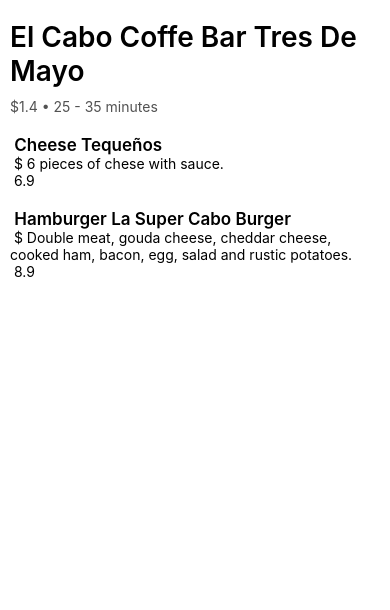
Repository: leroy-netizen/rn-uber-eats-client
Screen: /
An editor plug-in stored every save of this project. The screen is shown before and after a run of saves, followed by the edit.
The pictures show rows 234 to 844 of an output 844 px tall.
The app was drawn by React Native's web renderer in a window 390 px wide. The project was rebuilt for these pictures with package versions that can differ from the ones it lists, and the page was loaded fresh each time. Also part of the build but not shown: src/components/restaurantItem/RestaurantItem.jsx, src/screens/HomeScreen/index.js.

Above is the screen before, as saved 2023-01-16 16:32:47.

### App.js
import { StatusBar } from "expo-status-bar";
import { StyleSheet, Text, View, FlatList } from "react-native";
import HomeScreen from "./src/screens/HomeScreen/index.js";
import RestaurantDetails from "./src/screens/ResturantDetailsScreen/index.js";
export default function App() {
  return (
    <View style={styles.container}>
      {/* <HomeScreen /> */}
      <RestaurantDetails />
      <StatusBar style="light" />
    </View>
  );
}

const styles = StyleSheet.create({
  container: {
    flex: 1,
    backgroundColor: "#fff",
    alignItems: "center",
    justifyContent: "center",
    // padding: 10,
    // paddingVertical: 30,
  },
});

### src/screens/ResturantDetailsScreen/index.js
import { View, Text, Image, StyleSheet, FlatList } from "react-native";
import { Ionicons } from "@expo/vector-icons";
import restaurants from "../../../assets/data/restaurants.json";
import DishListItem from "../../components/DishListItem";
const restaurant = restaurants[0];
const RestaurantDetails = () => {
  return (
    <View style={styles.page}>
      <Image
        source={{ uri: restaurant.image }}
        style={styles.image}
        resizeMode="cover"
      />
      <View style={styles.iconContainer}>
        <Ionicons name="arrow-back-circle" size={35} color="white" />
      </View>
      <View style={styles.container}>
        <Text style={styles.title}>{restaurant.name}</Text>
        <Text style={styles.subtitle}>
          ${restaurant.deliveryFee} &#8226; {restaurant.minDeliveryTime} -{" "}
          {restaurant.maxDeliveryTime} minutes
        </Text>
          </View>
          <DishListItem dish={ restaurant.dishes[0]} />
          <DishListItem dish={ restaurant.dishes[1]} />
    </View>
  );
};

const styles = StyleSheet.create({
  page: {
    flex: 1,
  },
  image: {
    width: "100%",
    aspectRatio: 5 / 3,
  },
  iconContainer: {
    position: "absolute",
    top: 35,
    left: 15,
  },
  container: {
    margin: 10,
  },
  title: {
    fontWeight: "600",
    fontSize: 28,
    marginVertical: 10,
  },
  subtitle: {
    color: "#525252",
  },
});

export default RestaurantDetails;

### assets/data/restaurants.json
[
  {
    "id": "1",
    "name": "El Cabo Coffe Bar Tres De Mayo",
    "deliveryFee": 1.4,
    "minDeliveryTime": 25,
    "maxDeliveryTime": 35,
    "rating": 4.0,
    "image": "https://notjustdev-dummy.s3.us-east-2.amazonaws.com/uber-eats/restaurant1.jpeg",
    "dishes": [
      {
        "name": "Cheese Tequeños",
        "description": "6 pieces of chese with sauce.",
        "price": 6.9,
        "image": "https://notjustdev-dummy.s3.us-east-2.amazonaws.com/uber-eats/restaurant2.jpeg"
      },
      {
        "name": "Hamburger La Super Cabo Burger",
        "description": "Double meat, gouda cheese, cheddar cheese, cooked ham, bacon, egg, salad and rustic potatoes.",
        "price": 8.9,
        "image": "https://notjustdev-dummy.s3.us-east-2.amazonaws.com/uber-eats/restaurant3.jpeg"
      },
      {
        "name": "U.S.A. Burger",
        "description": "Beef, gouda cheese, cheddar cheese, cooked ham, bacon, egg and salad.",
        "price": 5.4
      },
      {
        "name": "Slices of Llanero Cheese",
        "description": "Ripe plantain with cheese and palm honey.",
        "price": 5.9
      },
      {
        "name": "Papas Locas El Cabo",
        "description": "French fries with shredded chicken, gouda cheese and ham.",
        "price": 7.9
      }
    ]
  },
  {
    "id": "2",
    "name": "Tony Roma's - C.C. Meridiano",
    "deliveryFee": 0.4,
    "minDeliveryTime": 25,
    "maxDeliveryTime": 35,
    "rating": 4.7,
    "image": "https://notjustdev-dummy.s3.us-east-2.amazonaws.com/uber-eats/restaurant2.jpeg",
    "dishes": [
      {
        "name": "Cajun Ribs",
        "description": "For lovers of a spicy touch. Ribs bathed in our Original sauce accompanied by Cajun spices. Served with French fries and coleslaw.",
        "price": 18.95
      },
      {
        "name": "The Original Baby Backs",
        "description": "The house specialty. Pork ribs cooked on the barbecue and marinated with our original barbecue sauce. Served with French fries and coleslaw.",
        "price": 19.95
      },
      {
        "name": "Carolina Honey",
        "description": "Our famous ribs marinated with our Carolina honey sauce, a mixture of honey with our original sauce. Ideal for those looking for a sweet touch. Served with French fries and coleslaw.",
        "price": 18.95,
        "image": "https://notjustdev-dummy.s3.us-east-2.amazonaws.com/uber-eats/restaurant2.jpeg"
      },
      {
        "name": "Onion Rings",
        "description": "Los tradicionales aros de cebolla de tony roma's dorados, crujientes y ligeros. Únicos en el mundo, acompañados de salsa BBQ.",
        "price": 6.95
      },
      {
        "name": "Nachos Tony Roma's",
        "description": "The best selling nachos! with our blend of melted cheeses, accompanied by guacamole, crispy bacon, ranch beans, and sour cream.",
        "price": 10.95
      }
    ]
  },
  {
    "id": "3",
    "name": "Brothers Barbecue",
    "deliveryFee": 1.4,
    "minDeliveryTime": 20,
    "maxDeliveryTime": 30,
    "rating": 4.3,
    "image": "https://notjustdev-dummy.s3.us-east-2.amazonaws.com/uber-eats/restaurant3.jpeg",
    "dishes": [
      {
        "name": "Burger Mustang",
        "description": "Homemade bread, burger sauce, lettuce, sweet and sour pickle, bacon, cheddar and BBQ sauce. Beef 180 grams.",
        "price": 5.9
      },
      {
        "name": "Alabama bread",
        "description": "Artisan bread, butter sauce, garlic, BBQ chicken and cheddar.",
        "price": 3.0
      },
      {
        "name": "New York Burger",
        "description": "Homemade bread, lettuce, burger sauce, 180 grams of beef, goat cheese and roasted apple.",
        "price": 5.9
      },
      {
        "name": "Mac & Cheese Burger",
        "description": "Homemade bread, lettuce, burger sauce, 180 grams of beef, mac and cheese, and American-style bacon.",
        "price": 5.9
      },
      {
        "name": "Nachos Brothers",
        "description": "Nachos, guacamole, cheddar sauce, beans, bacon, and cream cheese.",
        "price": 5.2
      }
    ]
  },
  {
    "id": "4",
    "name": "Hamburguesa Nostra La Salle",
    "deliveryFee": 0.9,
    "minDeliveryTime": 30,
    "maxDeliveryTime": 40,
    "rating": 4.5,
    "image": "https://notjustdev-dummy.s3.us-east-2.amazonaws.com/uber-eats/restaurant4.jpeg",
    "dishes": [
      {
        "name": "English burger",
        "description": "Beef with bacon, portobello mushrooms, tomato, cheddar cheese, grilled egg and our smoked sauce.",
        "price": 14.9
      },
      {
        "name": "Mexican Burger",
        "description": "Beef, with pico de gallo, veggie chili, cheddar cheese, guacamole and smoked sauce.",
        "price": 14.9
      },
      {
        "name": "Tequeños",
        "description": "Crispy sticks filled with melted cheese accompanied by tomato chutney.",
        "price": 9.9
      },
      {
        "name": "Starters Combo",
        "description": "Tequeños, crispy onion and chicken delicacies.",
        "price": 13.9
      },
      {
        "name": "Cesar Salad",
        "description": "Green sprouts, pieces of grilled bacon, chicken delicacies, grated Parmesan, muffin croutons and fried onion confetti dressed with Caesar sauce.",
        "price": 10.5
      }
    ]
  }
]

### src/components/DishListItem/index.js
import { View, Image, Text, FlatList, StyleSheet } from "react-native";

const DishListItem = ({dish}) => {
  return (
    <View style={styles.container}>
          <Text style={styles.name}> { dish.name}</Text>
          <Text stle={styles.description}> $ { dish.description}</Text>
          <Text style={styles.price}> { dish.price}</Text>
    </View>
  );
};

const styles = StyleSheet.create({
  container: {
    margin: 10,
  },
  name: {
    fontSize: 17,
    fontWeight: "600",
  },
  description: {
      color: "grey",
      fontSize: 30
  },
  price: {},
});
export default DishListItem;

After the next 3 saves:
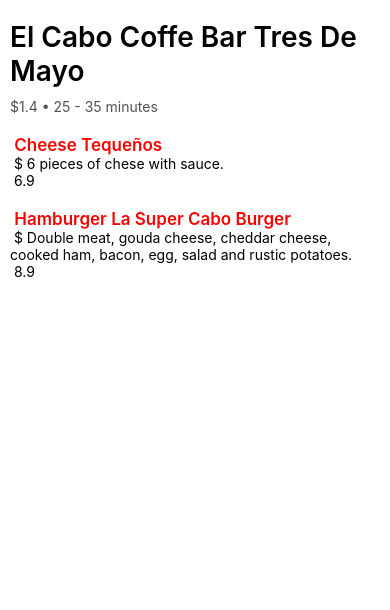
The 3 saves are shown as one change because they came seconds apart.
The last was saved 41 s later.
--- a/src/components/DishListItem/index.js
+++ b/src/components/DishListItem/index.js
@@ -15,7 +15,8 @@
     margin: 10,
   },
   name: {
-    fontSize: 17,
+      fontSize: 17,
+      color: "red",
     fontWeight: "600",
   },
   description: {

After the 2 saves that followed:
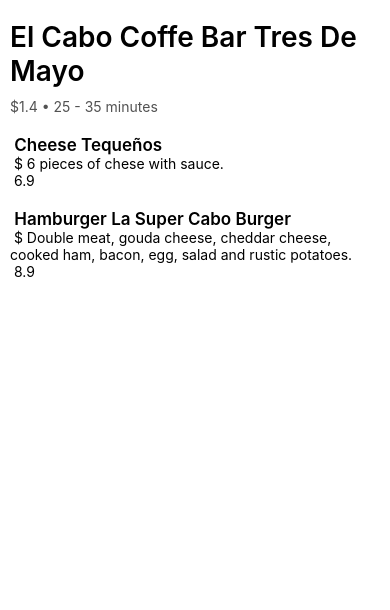
The 2 saves are shown as one change because they came seconds apart.
The last was saved 7 s later.
--- a/src/components/DishListItem/index.js
+++ b/src/components/DishListItem/index.js
@@ -1,11 +1,11 @@
 import { View, Image, Text, FlatList, StyleSheet } from "react-native";
 
-const DishListItem = ({dish}) => {
+const DishListItem = ({ dish }) => {
   return (
     <View style={styles.container}>
-          <Text style={styles.name}> { dish.name}</Text>
-          <Text stle={styles.description}> $ { dish.description}</Text>
-          <Text style={styles.price}> { dish.price}</Text>
+      <Text style={styles.name}> {dish.name}</Text>
+      <Text stle={styles.description}> $ {dish.description}</Text>
+      <Text style={styles.price}> {dish.price}</Text>
     </View>
   );
 };
@@ -15,13 +15,12 @@
     margin: 10,
   },
   name: {
-      fontSize: 17,
-      color: "red",
+    fontSize: 17,
     fontWeight: "600",
   },
   description: {
-      color: "grey",
-      fontSize: 30
+    color: "grey",
+    fontSize: 30,
   },
   price: {},
 });
